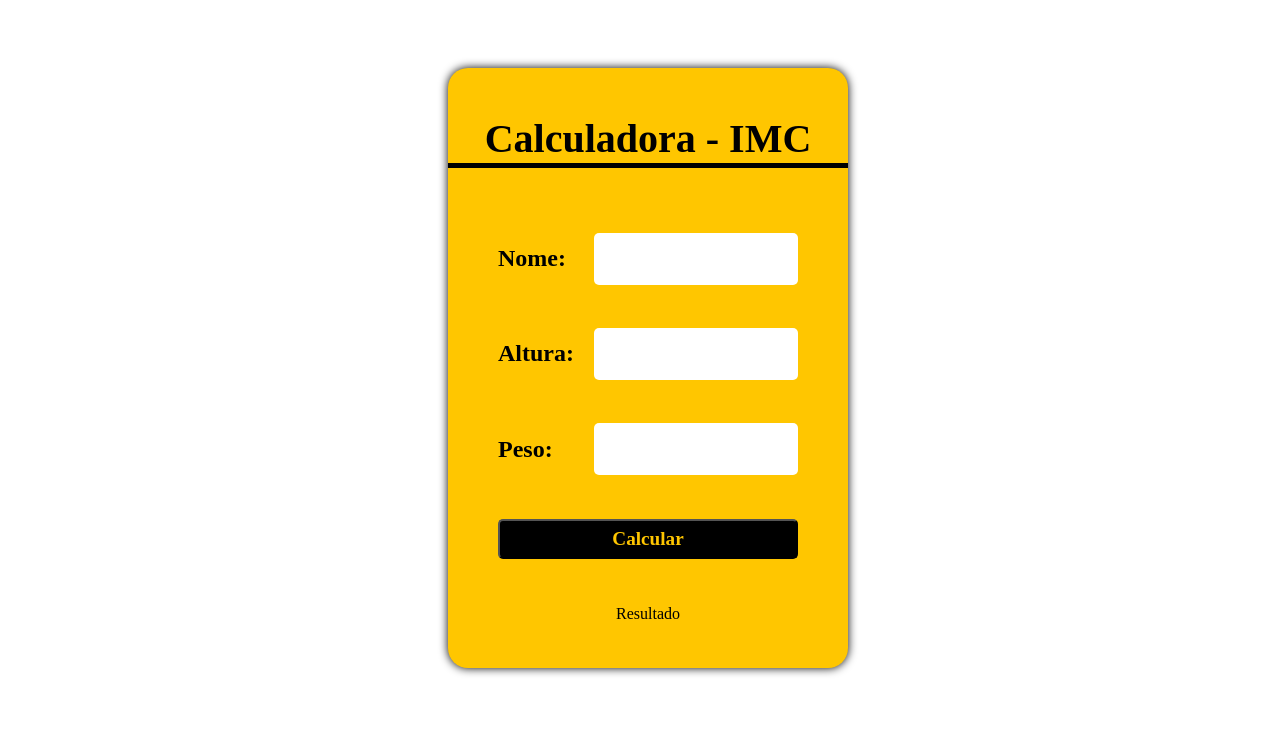
Repository: JhonMercedes/imc
Page: index.html
An editor plug-in stored every save of this project. The page is shown before and after the next save, followed by the edit.
The browser window is 1280 px wide. The page is 1288 px wide, so the pictures cover 1288 px, including what lies to the right of the window. The pictures show the whole page.

Above is the page before, as saved 2021-11-29 20:50:30.

After the next save:
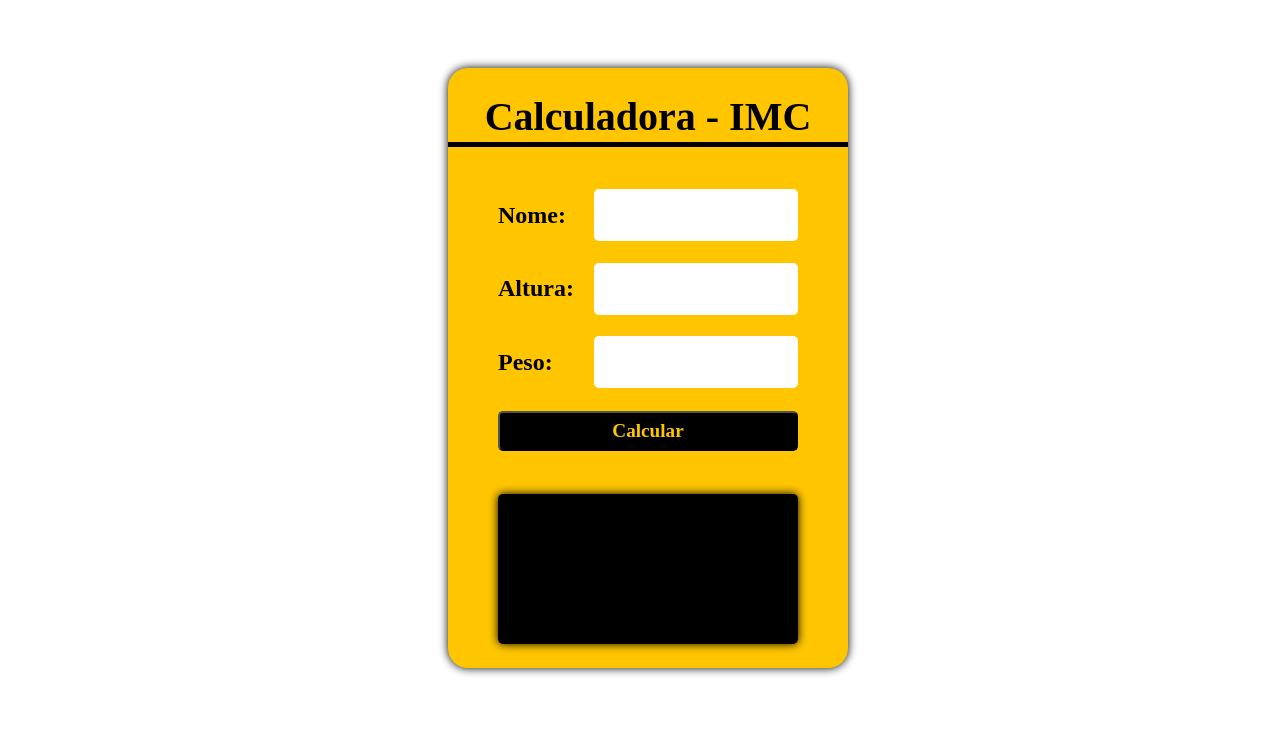
Saved 39 s later.
--- a/index.html
+++ b/index.html
@@ -1,34 +1,32 @@
 <!DOCTYPE html>
-<html lang="pt-br">
-<head>
+<html lang="en">
+  <head>
     <meta charset="UTF-8">
-    <meta http-equiv="X-UA-Compatible" content="IE=edge">
     <meta name="viewport" content="width=device-width, initial-scale=1.0">
+    <title>IMC</title>
     <link rel="stylesheet" href="style.css">
-    <title>Calc IMC</title>
-</head>
-<body>
+  </head>
+  <body>
     <main>
-        <div class="container">
-            <div class="title">Calculadora - IMC</div>
-            <div class="input">
-                <label>Nome:</label>
-                <input type="text" id='nome'>
-            </div>
-            <div class="input">
-                <label>Altura:</label>
-                <input type="number" id='altura'>
-            </div>
-            <div class="input">
-                <label>Peso:</label>
-                <input type="number" id='peso'>
-            </div>
+      <div class="container">
+        <div class="title"> Calculadora - IMC </div>
+        <div class="input">
+            <label>Nome:</label>
+            <input type="text" id='nome'>
+        </div>
+        <div class="input">
+            <label>Altura:</label>
+            <input type="number" id='altura'>
+        </div>
+        <div class="input">
+            <label>Peso:</label>
+            <input type="number" id='peso'>
+        </div>
+        <button id='calcular'>Calcular</button>
 
-            <button id='calcular'>Calcular</button>
-
-            <div class='resultado'>Resultado</div>
-        </div>
+        <div class="result" id='resultado'></div>
+      </div>
     </main>
-    <script src="imc.js"></script>
-</body>
+    <script src="./imc.js"></script>
+  </body>
 </html>
